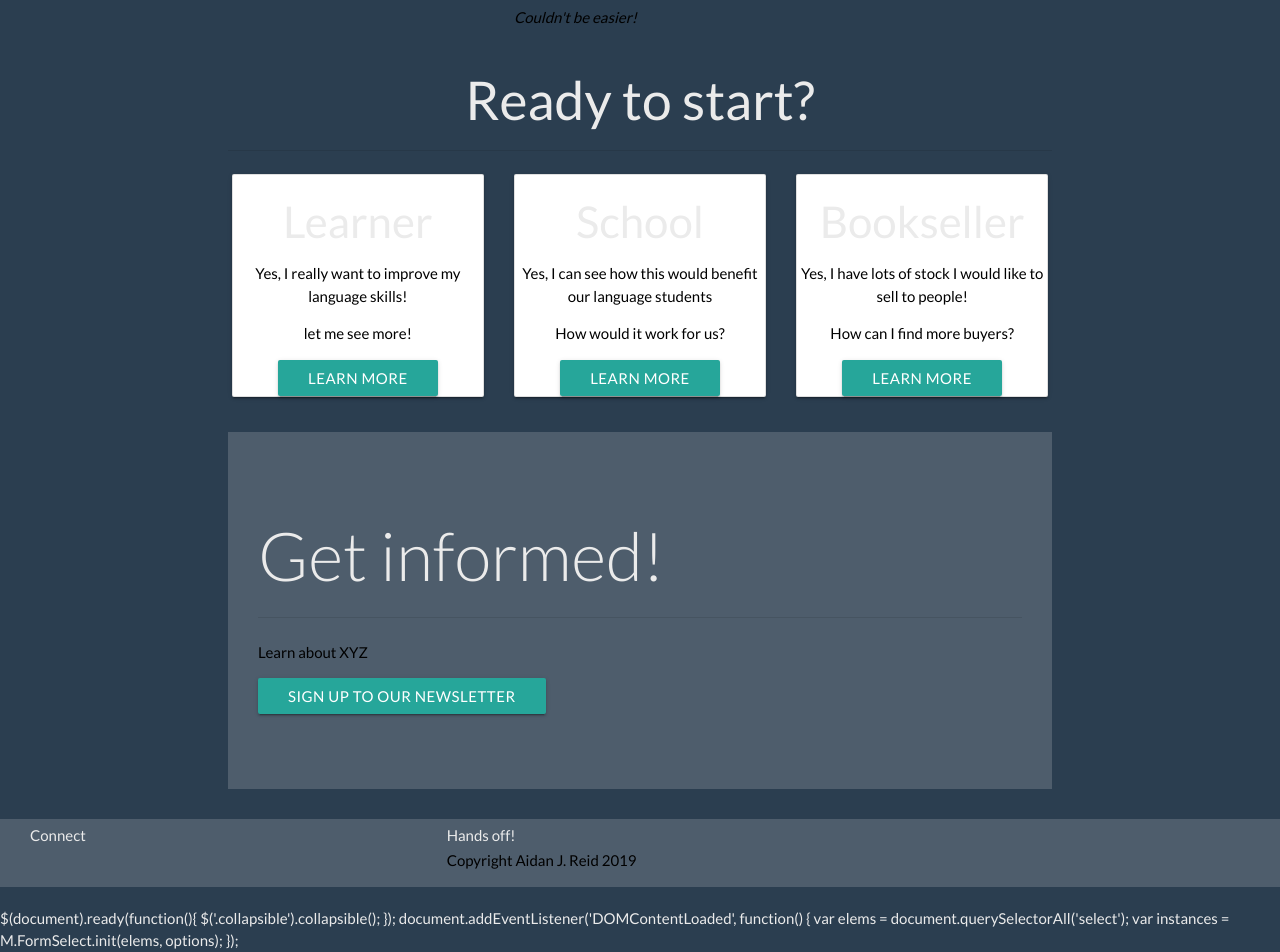
Repository: AidanJReid/Forex-Comix
Page: http://localhost/
The author's editor kept a record of every edit. The page is drawn from the files as they stood at one moment, then again after the next edit.
The browser window is 1280 px wide. The pictures show the part of the page from y = 1125 to 2077 px (the page is 2077 px tall before and 2054 px after).
The page is served by the project's application, run on Flask 3 (run.py).

Above is the page before.

After the next edit:
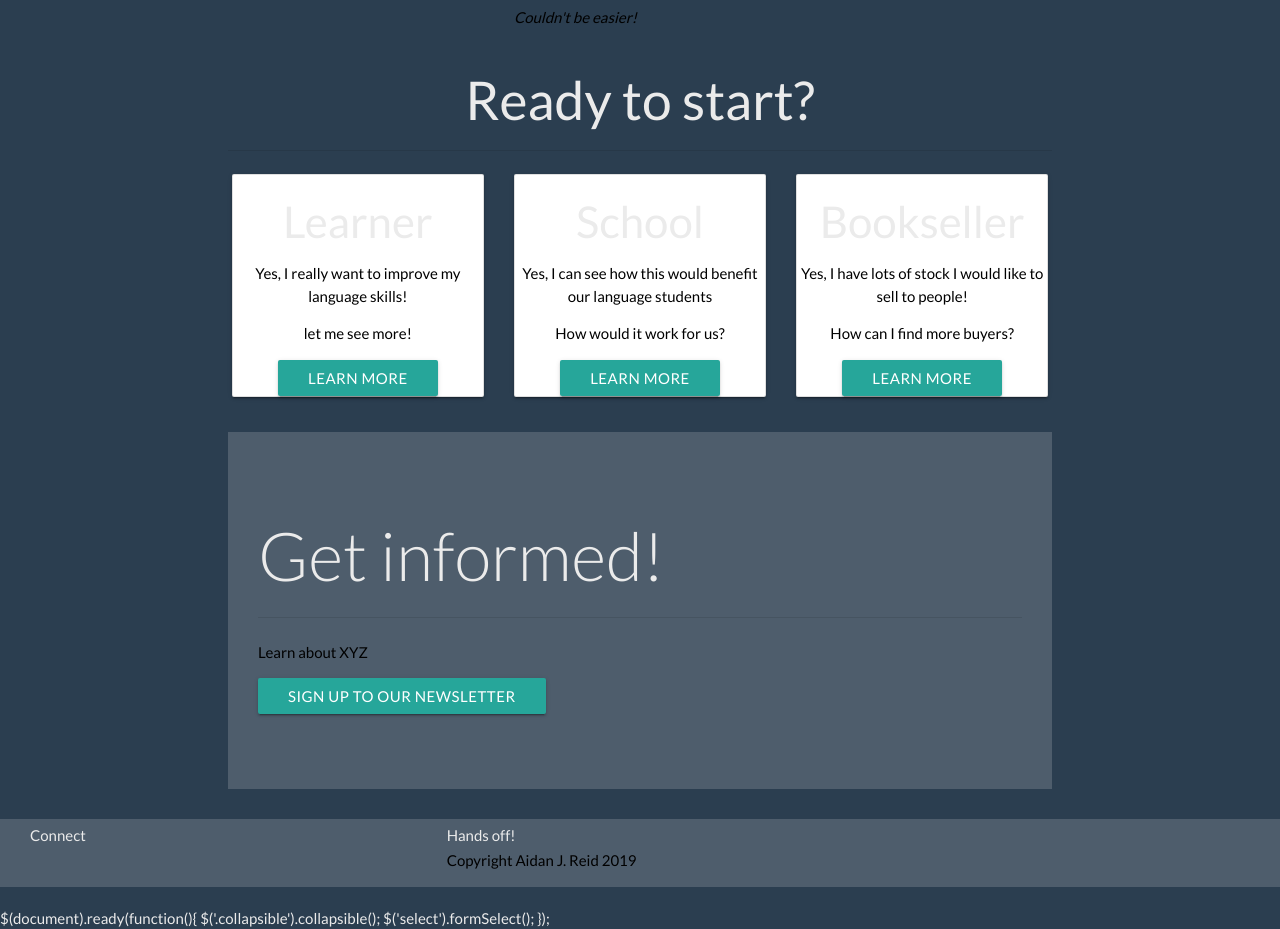
The edit:
--- a/templates/base.html
+++ b/templates/base.html
@@ -98,12 +98,9 @@
 <!--Database dropdown-->
 $(document).ready(function(){
     $('.collapsible').collapsible();
+    $('select').formSelect();
   });
 
-document.addEventListener('DOMContentLoaded', function() {
-    var elems = document.querySelectorAll('select');
-    var instances = M.FormSelect.init(elems, options);
-  });
 
 </body>
 </html>
